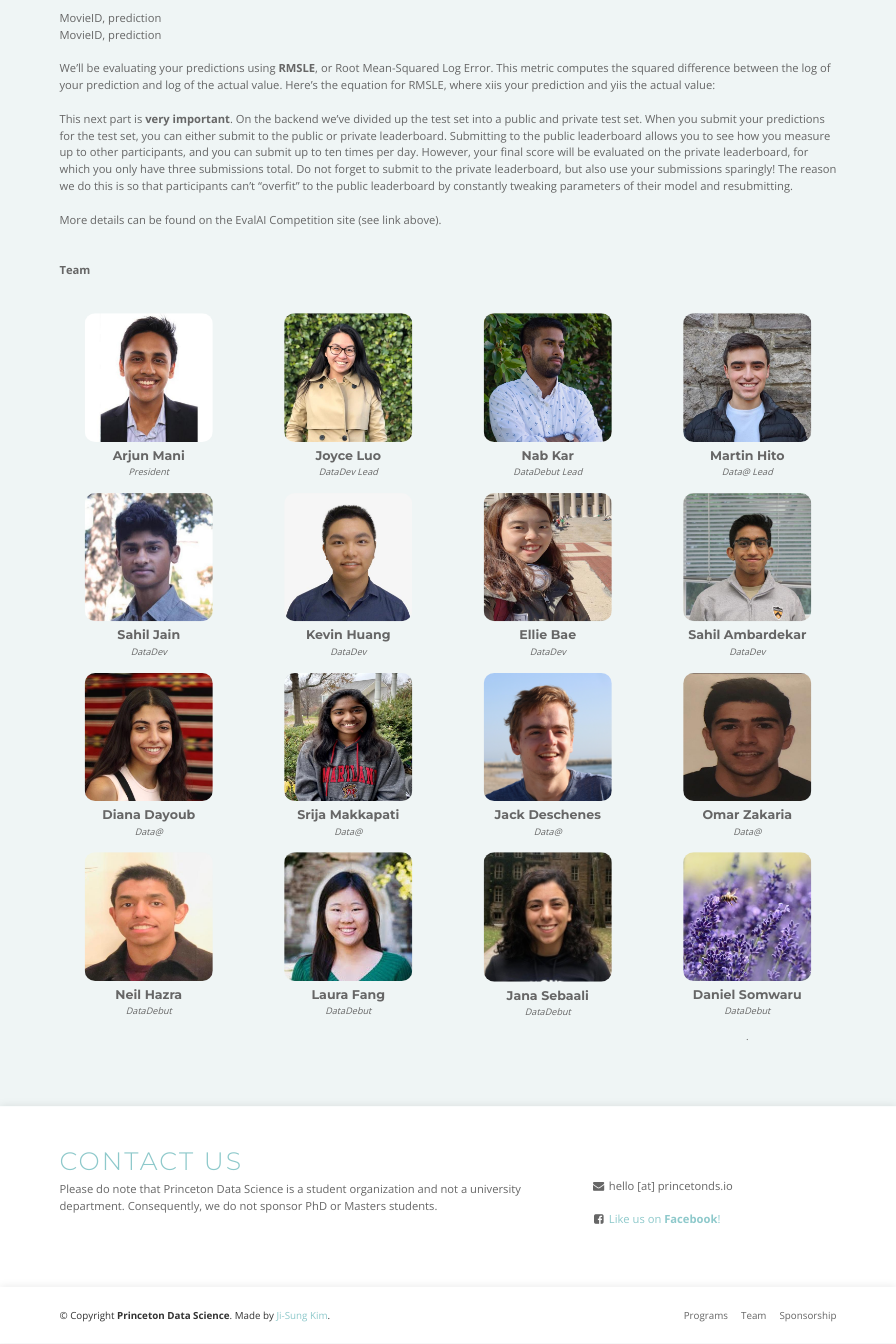
Repository: princetonds/princetonds.github.io
Page: team2.html
The author's editor kept a copy of each file at every save. The page is drawn from the files as they stood at one save, then again after a run of saves.
The browser window is 1280 px wide. The pictures show the part of the page from y = 2008 to 3928 px (the page is 3928 px tall), at 70% of full size.

Above is the page before, as saved 2021-03-20 22:59:17.
Console error: TypeError: Cannot read properties of null (reading 'innerHTML')

After the next 3 saves:
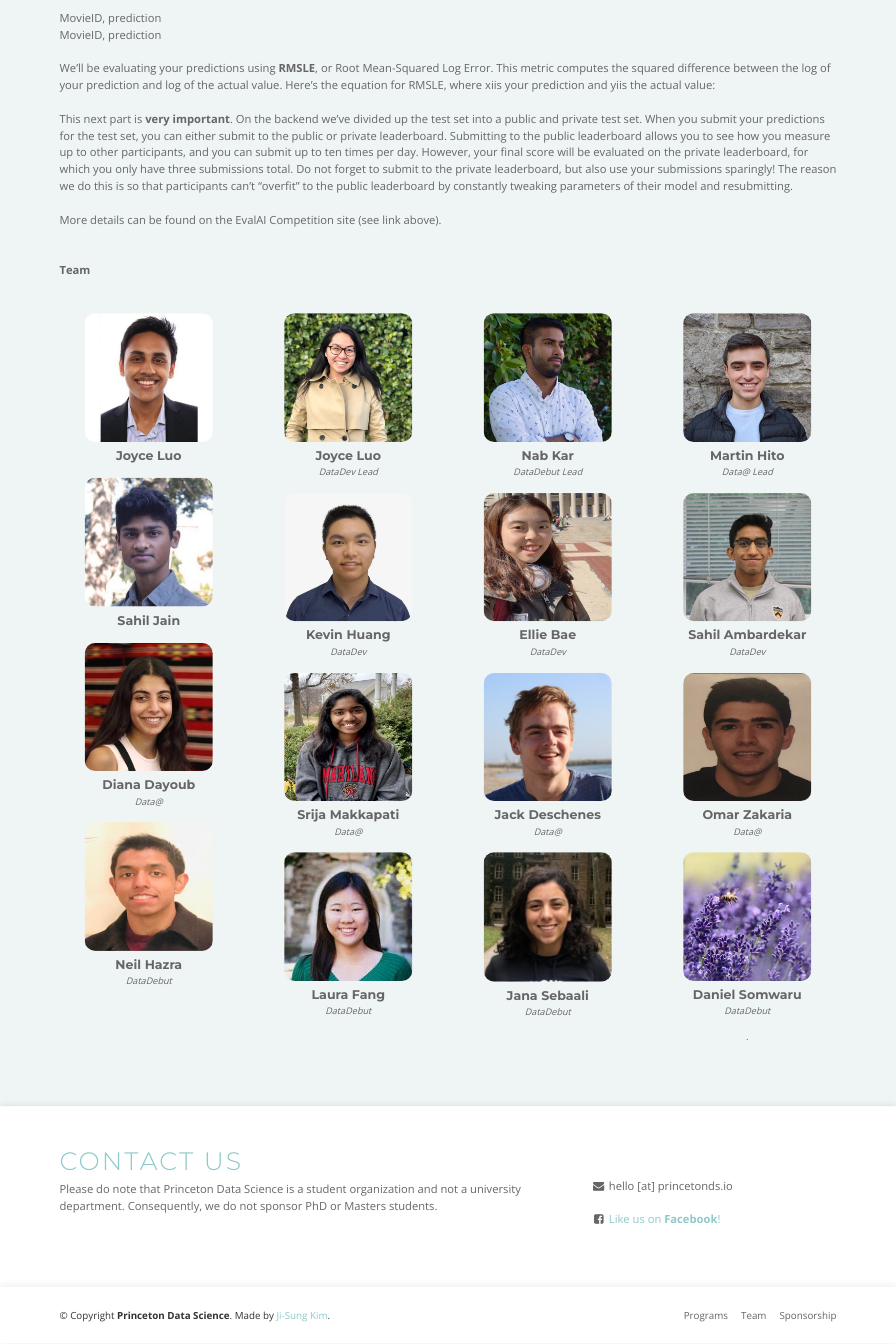
The 3 saves are shown as one change because they came seconds apart.
The last was saved 21 s later.
--- a/team2.html
+++ b/team2.html
@@ -201,8 +201,7 @@
                 <!-- <p style="text-align:center;">Enter team description here...</p> -->
                 <div class="member2">
                   <div class="pic"><img src="img/team/arjun.jpg" alt=""></div>
-                  <h4>Arjun Mani</h4>
-                  <span>President</span>
+                  <h4>Joyce Luo</h4>
                   <!-- <div class="social">
                     <p class="profile-description">.</p>
                   </div> -->
@@ -211,7 +210,6 @@
                 <div class="member2">
                   <div class="pic"><img src="img/team/sahil.jpg" alt=""></div>
                   <h4>Sahil Jain</h4>
-                  <span>DataDev</span>
                   <!-- <div class="social">
                     <p class="profile-description">.</p>
                   </div> -->
